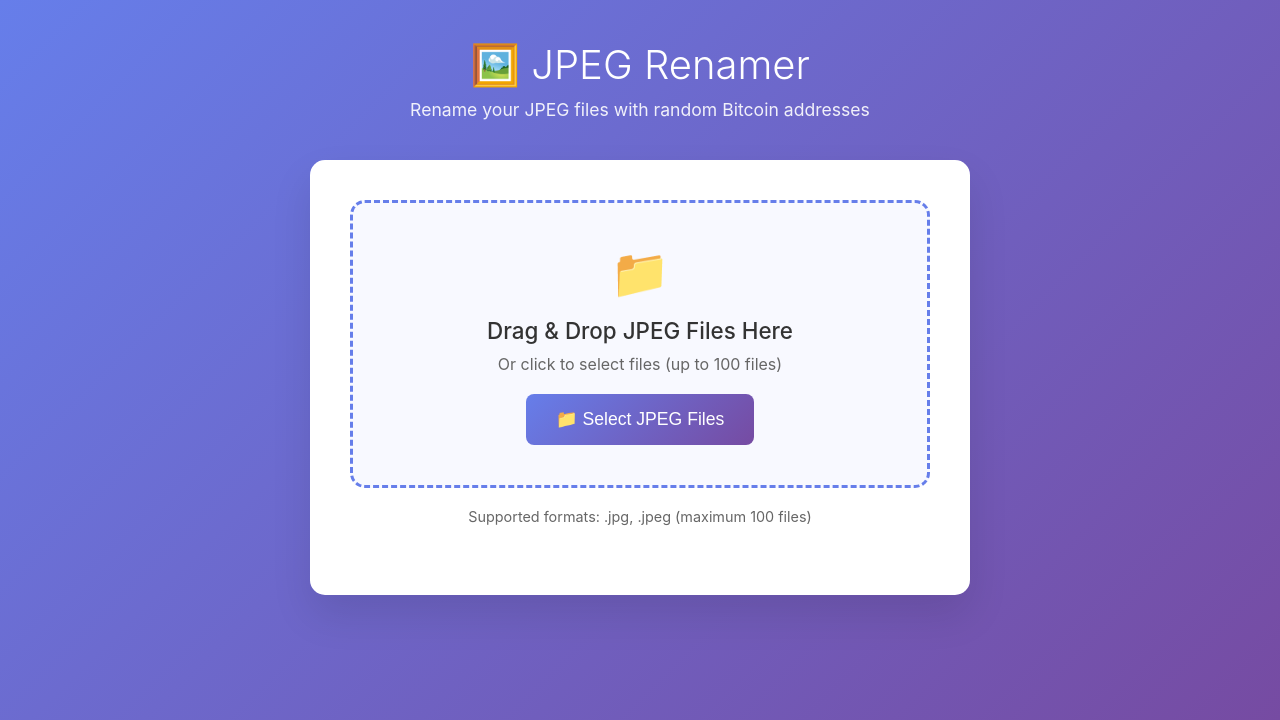
Repository: b0ase/nerd
Page: src/index.html
These files come from the project's save history. The page is drawn as it stood at one moment and after the next save; the edit follows.
The browser window is 1280 px wide. The pictures show the whole page.

Above is the page before, as saved 2025-06-03 13:22:51.

### src/index.html
<!DOCTYPE html>
<html lang="en">
<head>
    <meta charset="UTF-8">
    <meta name="viewport" content="width=device-width, initial-scale=1.0">
    <title>JPEG Renamer - Bitcoin Addresses</title>
    <link rel="stylesheet" href="styles.css">
</head>
<body>
    <div class="container">
        <header>
            <h1>🖼️ JPEG Renamer</h1>
            <p>Rename your JPEG files with random Bitcoin addresses</p>
        </header>

        <main>
            <div class="upload-section">
                <div id="dropZone" class="drop-zone">
                    <div class="drop-zone-content">
                        <div class="drop-icon">📁</div>
                        <h3>Drag & Drop JPEG Files Here</h3>
                        <p>Or click to select files (up to 100 files)</p>
                        <button id="selectFiles" class="primary-btn">
                            📁 Select JPEG Files
                        </button>
                    </div>
                    <div class="drop-overlay">
                        <div class="drop-overlay-content">
                            <div class="drop-icon">⬇️</div>
                            <h3>Drop your JPEG files here!</h3>
                        </div>
                    </div>
                </div>
                <p class="hint">Supported formats: .jpg, .jpeg (maximum 100 files)</p>
            </div>

            <div id="fileList" class="file-list"></div>

            <div id="renameSection" class="rename-section" style="display: none;">
                <button id="renameFiles" class="success-btn">
                    🔄 Rename Files
                </button>
            </div>

            <div id="results" class="results"></div>
        </main>
    </div>

    <script src="renderer.js"></script>
</body>
</html>

### src/styles.css
* {
    margin: 0;
    padding: 0;
    box-sizing: border-box;
}

body {
    font-family: -apple-system, BlinkMacSystemFont, 'Segoe UI', Roboto, Oxygen, Ubuntu, Cantarell, sans-serif;
    background: linear-gradient(135deg, #667eea 0%, #764ba2 100%);
    min-height: 100vh;
    color: #333;
}

.container {
    max-width: 700px;
    margin: 0 auto;
    padding: 40px 20px;
}

header {
    text-align: center;
    margin-bottom: 40px;
    color: white;
}

header h1 {
    font-size: 2.5rem;
    margin-bottom: 10px;
    font-weight: 300;
}

header p {
    font-size: 1.1rem;
    opacity: 0.9;
}

main {
    background: white;
    border-radius: 15px;
    padding: 40px;
    box-shadow: 0 20px 40px rgba(0, 0, 0, 0.1);
    backdrop-filter: blur(10px);
}

.upload-section {
    text-align: center;
    margin-bottom: 30px;
}

/* Drag and Drop Zone */
.drop-zone {
    position: relative;
    border: 3px dashed #667eea;
    border-radius: 15px;
    padding: 40px 20px;
    background: #f8f9ff;
    transition: all 0.3s ease;
    cursor: pointer;
    margin-bottom: 20px;
}

.drop-zone:hover {
    border-color: #764ba2;
    background: #f0f2ff;
    transform: translateY(-2px);
}

.drop-zone.drag-over {
    border-color: #4facfe;
    background: #e8f4ff;
    border-style: solid;
    transform: scale(1.02);
}

.drop-zone-content {
    transition: opacity 0.3s ease;
}

.drop-zone.drag-over .drop-zone-content {
    opacity: 0.3;
}

.drop-overlay {
    position: absolute;
    top: 0;
    left: 0;
    right: 0;
    bottom: 0;
    display: flex;
    align-items: center;
    justify-content: center;
    opacity: 0;
    pointer-events: none;
    transition: opacity 0.3s ease;
    border-radius: 12px;
}

.drop-zone.drag-over .drop-overlay {
    opacity: 1;
}

.drop-overlay-content {
    text-align: center;
    color: #4facfe;
}

.drop-icon {
    font-size: 3rem;
    margin-bottom: 15px;
    display: block;
}

.drop-zone h3 {
    font-size: 1.4rem;
    margin-bottom: 10px;
    color: #333;
    font-weight: 500;
}

.drop-zone p {
    color: #666;
    margin-bottom: 20px;
    font-size: 1rem;
}

.drop-overlay-content h3 {
    color: #4facfe;
    font-size: 1.6rem;
    margin-top: 10px;
}

.primary-btn, .success-btn, .danger-btn {
    padding: 15px 30px;
    border: none;
    border-radius: 8px;
    font-size: 1.1rem;
    cursor: pointer;
    transition: all 0.3s ease;
    font-weight: 500;
}

.primary-btn {
    background: linear-gradient(135deg, #667eea 0%, #764ba2 100%);
    color: white;
}

.primary-btn:hover {
    transform: translateY(-2px);
    box-shadow: 0 10px 20px rgba(102, 126, 234, 0.3);
}

.success-btn {
    background: linear-gradient(135deg, #4facfe 0%, #00f2fe 100%);
    color: white;
    width: 100%;
}

.success-btn:hover {
    transform: translateY(-2px);
    box-shadow: 0 10px 20px rgba(79, 172, 254, 0.3);
}

.danger-btn {
    background: linear-gradient(135deg, #ff6b6b 0%, #ee5a52 100%);
    color: white;
    padding: 8px 16px;
    font-size: 0.9rem;
}

.danger-btn:hover {
    transform: translateY(-1px);
    box-shadow: 0 5px 15px rgba(255, 107, 107, 0.3);
}

.hint {
    margin-top: 10px;
    color: #666;
    font-size: 0.9rem;
}

.file-list {
    margin: 20px 0;
}

.file-item {
    display: flex;
    justify-content: space-between;
    align-items: center;
    padding: 15px;
    margin: 10px 0;
    background: #f8f9fa;
    border-radius: 8px;
    border-left: 4px solid #667eea;
}

.file-info {
    flex: 1;
}

.file-name {
    font-weight: 500;
    margin-bottom: 5px;
}

.file-path {
    font-size: 0.8rem;
    color: #666;
    font-family: 'Monaco', 'Menlo', 'Ubuntu Mono', monospace;
}

.remove-btn {
    margin-left: 10px;
}

.rename-section {
    margin: 30px 0;
    text-align: center;
}

.results {
    margin-top: 30px;
}

.result-item {
    padding: 15px;
    margin: 10px 0;
    border-radius: 8px;
    display: flex;
    justify-content: space-between;
    align-items: flex-start;
}

.result-success {
    background: #d4edda;
    border-left: 4px solid #28a745;
}

.result-error {
    background: #f8d7da;
    border-left: 4px solid #dc3545;
}

.result-info {
    flex: 1;
}

.result-title {
    font-weight: 500;
    margin-bottom: 5px;
}

.result-details {
    font-size: 0.9rem;
    color: #666;
    font-family: 'Monaco', 'Menlo', 'Ubuntu Mono', monospace;
}

.bitcoin-address {
    background: #e3f2fd;
    padding: 8px 12px;
    border-radius: 6px;
    font-family: 'Monaco', 'Menlo', 'Ubuntu Mono', monospace;
    font-size: 0.85rem;
    margin-top: 5px;
    border: 1px solid #bbdefb;
}

.loading {
    text-align: center;
    padding: 20px;
    color: #666;
}

.loading::after {
    content: '';
    display: inline-block;
    width: 20px;
    height: 20px;
    border: 2px solid #667eea;
    border-radius: 50%;
    border-top-color: transparent;
    animation: spin 1s linear infinite;
    margin-left: 10px;
}

@keyframes spin {
    to {
        transform: rotate(360deg);
    }
}

.empty-state {
    text-align: center;
    color: #666;
    font-style: italic;
    padding: 40px;
}

/* File counter */
.file-counter {
    margin-top: 15px;
    padding: 10px 15px;
    background: #e3f2fd;
    border-radius: 8px;
    color: #1976d2;
    font-weight: 500;
    display: inline-block;
}

.file-counter.warning {
    background: #fff3e0;
    color: #f57c00;
}

.file-counter.error {
    background: #ffebee;
    color: #d32f2f;
}

### src/renderer.js
let selectedFiles = [];
const MAX_FILES = 100;

const elements = {
    selectFiles: document.getElementById('selectFiles'),
    dropZone: document.getElementById('dropZone'),
    fileList: document.getElementById('fileList'),
    renameSection: document.getElementById('renameSection'),
    renameFiles: document.getElementById('renameFiles'),
    results: document.getElementById('results')
};

// Event listeners
elements.selectFiles.addEventListener('click', selectFiles);
elements.renameFiles.addEventListener('click', renameFiles);

// Drag and drop event listeners
elements.dropZone.addEventListener('click', selectFiles);
elements.dropZone.addEventListener('dragover', handleDragOver);
elements.dropZone.addEventListener('dragleave', handleDragLeave);
elements.dropZone.addEventListener('drop', handleDrop);

// Prevent default drag behaviors on document
document.addEventListener('dragover', preventDefault);
document.addEventListener('drop', preventDefault);

function preventDefault(e) {
    e.preventDefault();
    e.stopPropagation();
}

function handleDragOver(e) {
    e.preventDefault();
    e.stopPropagation();
    elements.dropZone.classList.add('drag-over');
}

function handleDragLeave(e) {
    e.preventDefault();
    e.stopPropagation();

    // Only remove drag-over if we're leaving the drop zone entirely
    if (!elements.dropZone.contains(e.relatedTarget)) {
        elements.dropZone.classList.remove('drag-over');
    }
}

function handleDrop(e) {
    e.preventDefault();
    e.stopPropagation();
    elements.dropZone.classList.remove('drag-over');

    const files = Array.from(e.dataTransfer.files);
    processDroppedFiles(files);
}

function processDroppedFiles(files) {
    // Filter for JPEG files
    const jpegFiles = files.filter(file => {
        const extension = file.name.toLowerCase().split('.').pop();
        return ['jpg', 'jpeg'].includes(extension);
    });

    if (jpegFiles.length === 0) {
        showError('No JPEG files found. Please select files with .jpg or .jpeg extensions.');
        return;
    }

    if (jpegFiles.length > MAX_FILES) {
        showError(`Too many files selected. Maximum is ${MAX_FILES} files, but you selected ${jpegFiles.length}.`);
        return;
    }

    // Check for duplicate files already in the list
    const newFiles = jpegFiles.filter(file =>
        !selectedFiles.some(existingPath => existingPath.endsWith(file.name))
    );

    if (newFiles.length === 0) {
        showError('All selected files are already in the list.');
        return;
    }

    // Convert FileList to file paths (for drag and drop, we use file.path)
    const newFilePaths = newFiles.map(file => file.path || file.name);

    // Add to existing selection
    selectedFiles = [...selectedFiles, ...newFilePaths];

    // Ensure we don't exceed the limit
    if (selectedFiles.length > MAX_FILES) {
        selectedFiles = selectedFiles.slice(0, MAX_FILES);
        showWarning(`File list trimmed to maximum of ${MAX_FILES} files.`);
    }

    displayFileList();
    elements.renameSection.style.display = 'block';
    clearResults();

    // Show success message
    showSuccess(`Added ${newFiles.length} JPEG file(s) to the list.`);
}

async function selectFiles() {
    try {
        const filePaths = await window.electronAPI.selectFiles();
        if (filePaths && filePaths.length > 0) {
            if (filePaths.length > MAX_FILES) {
                showError(`Too many files selected. Maximum is ${MAX_FILES} files, but you selected ${filePaths.length}.`);
                return;
            }

            // Check for duplicates
            const newFiles = filePaths.filter(filePath =>
                !selectedFiles.includes(filePath)
            );

            if (newFiles.length === 0) {
                showError('All selected files are already in the list.');
                return;
            }

            // Add to existing selection
            selectedFiles = [...selectedFiles, ...newFiles];

            // Ensure we don't exceed the limit
            if (selectedFiles.length > MAX_FILES) {
                selectedFiles = selectedFiles.slice(0, MAX_FILES);
                showWarning(`File list trimmed to maximum of ${MAX_FILES} files.`);
            }

            displayFileList();
            elements.renameSection.style.display = 'block';
            clearResults();

            showSuccess(`Added ${newFiles.length} JPEG file(s) to the list.`);
        }
    } catch (error) {
        console.error('Error selecting files:', error);
        showError('Failed to select files. Please try again.');
    }
}

function displayFileList() {
    if (selectedFiles.length === 0) {
        elements.fileList.innerHTML = '<div class="empty-state">No files selected</div>';
        elements.renameSection.style.display = 'none';
        return;
    }

    const fileItems = selectedFiles.map((filePath, index) => {
        const fileName = filePath.split('/').pop() || filePath.split('\\').pop() || filePath;
        return `
            <div class="file-item">
                <div class="file-info">
                    <div class="file-name">📷 ${fileName}</div>
                    <div class="file-path">${filePath}</div>
                </div>
                <button class="danger-btn remove-btn" onclick="removeFile(${index})">
                    ❌ Remove
                </button>
            </div>
        `;
    }).join('');

    const counterClass = selectedFiles.length >= MAX_FILES ? 'error' :
                        selectedFiles.length > MAX_FILES * 0.8 ? 'warning' : '';

    const fileCounter = `
        <div class="file-counter ${counterClass}">
            📊 ${selectedFiles.length}/${MAX_FILES} files selected
        </div>
    `;

    elements.fileList.innerHTML = fileItems + fileCounter;
}

function removeFile(index) {
    selectedFiles.splice(index, 1);
    displayFileList();
    if (selectedFiles.length === 0) {
        elements.renameSection.style.display = 'none';
    }
}

async function renameFiles() {
    if (selectedFiles.length === 0) {
        showError('No files selected for renaming.');
        return;
    }

    // Show loading state
    elements.renameFiles.disabled = true;
    elements.renameFiles.innerHTML = '🔄 Renaming Files...';
    elements.results.innerHTML = '<div class="loading">Processing files, please wait...</div>';

    try {
        const results = await window.electronAPI.renameFiles(selectedFiles);
        displayResults(results);

        // Update the selected files list (remove successfully renamed files)
        const successfulRenames = results.filter(r => r.success).map(r => r.originalPath);
        selectedFiles = selectedFiles.filter(filePath => !successfulRenames.includes(filePath));
        displayFileList();

    } catch (error) {
        console.error('Error renaming files:', error);
        showError('Failed to rename files. Please try again.');
    } finally {
        elements.renameFiles.disabled = false;
        elements.renameFiles.innerHTML = '🔄 Rename Files';
    }
}

function displayResults(results) {
    if (results.length === 0) {
        elements.results.innerHTML = '<div class="empty-state">No results to display</div>';
        return;
    }

    const resultItems = results.map(result => {
        if (result.success) {
            const newFileName = result.newPath.split('/').pop() || result.newPath.split('\\').pop();
            return `
                <div class="result-item result-success">
                    <div class="result-info">
                        <div class="result-title">✅ Successfully renamed</div>
                        <div class="result-details">
                            <strong>Original:</strong> ${result.originalPath.split('/').pop() || result.originalPath.split('\\').pop()}<br>
                            <strong>New name:</strong> ${newFileName}
                        </div>
                        <div class="bitcoin-address">
                            Bitcoin Address: ${result.bitcoinAddress}
                        </div>
                    </div>
                </div>
            `;
        } else {
            return `
                <div class="result-item result-error">
                    <div class="result-info">
                        <div class="result-title">❌ Failed to rename</div>
                        <div class="result-details">
                            <strong>File:</strong> ${result.originalPath.split('/').pop() || result.originalPath.split('\\').pop()}<br>
                            <strong>Error:</strong> ${result.error}
                        </div>
                    </div>
                </div>
            `;
        }
    }).join('');

    elements.results.innerHTML = resultItems;
}

function showError(message) {
    elements.results.innerHTML = `
        <div class="result-item result-error">
            <div class="result-info">
                <div class="result-title">❌ Error</div>
                <div class="result-details">${message}</div>
            </div>
        </div>
    `;
}

function showWarning(message) {
    elements.results.innerHTML = `
        <div class="result-item" style="background: #fff3e0; border-left: 4px solid #f57c00;">
            <div class="result-info">
                <div class="result-title">⚠️ Warning</div>
                <div class="result-details">${message}</div>
            </div>
        </div>
    `;
}

function showSuccess(message) {
    elements.results.innerHTML = `
        <div class="result-item result-success">
            <div class="result-info">
                <div class="result-title">✅ Success</div>
                <div class="result-details">${message}</div>
            </div>
        </div>
    `;
}

function clearResults() {
    elements.results.innerHTML = '';
}

// Make removeFile function globally accessible
window.removeFile = removeFile;

After the next save:
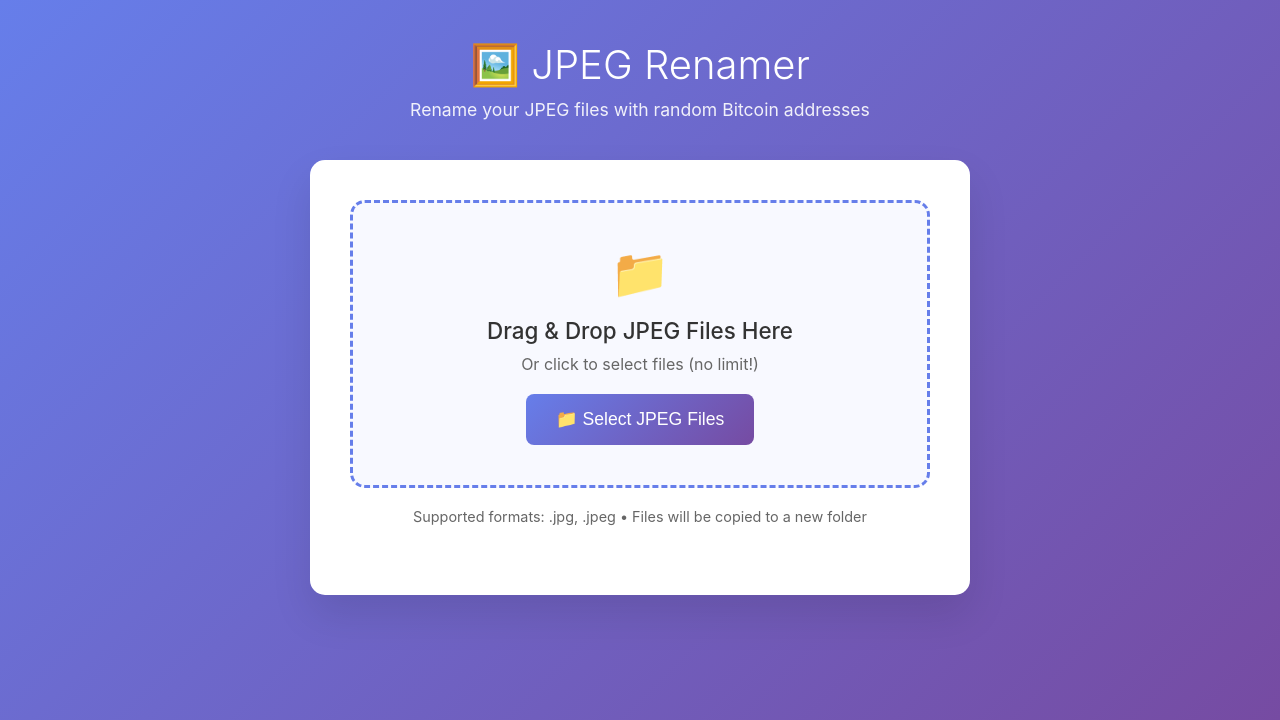
Console error: TypeError: Cannot read properties of null (reading 'addEventListener')
Saved 17 s later.
--- a/src/index.html
+++ b/src/index.html
@@ -19,7 +19,7 @@
                     <div class="drop-zone-content">
                         <div class="drop-icon">📁</div>
                         <h3>Drag & Drop JPEG Files Here</h3>
-                        <p>Or click to select files (up to 100 files)</p>
+                        <p>Or click to select files (no limit!)</p>
                         <button id="selectFiles" class="primary-btn">
                             📁 Select JPEG Files
                         </button>
@@ -31,14 +31,23 @@
                         </div>
                     </div>
                 </div>
-                <p class="hint">Supported formats: .jpg, .jpeg (maximum 100 files)</p>
+                <p class="hint">Supported formats: .jpg, .jpeg • Files will be copied to a new folder</p>
             </div>
 
             <div id="fileList" class="file-list"></div>
 
-            <div id="renameSection" class="rename-section" style="display: none;">
-                <button id="renameFiles" class="success-btn">
-                    🔄 Rename Files
+            <div id="outputSection" class="output-section" style="display: none;">
+                <div class="output-folder">
+                    <button id="selectOutputFolder" class="secondary-btn">
+                        📂 Choose Output Folder
+                    </button>
+                    <div id="selectedFolder" class="selected-folder"></div>
+                </div>
+            </div>
+
+            <div id="processSection" class="process-section" style="display: none;">
+                <button id="processFiles" class="success-btn">
+                    🔄 Copy & Rename Files
                 </button>
             </div>
 
